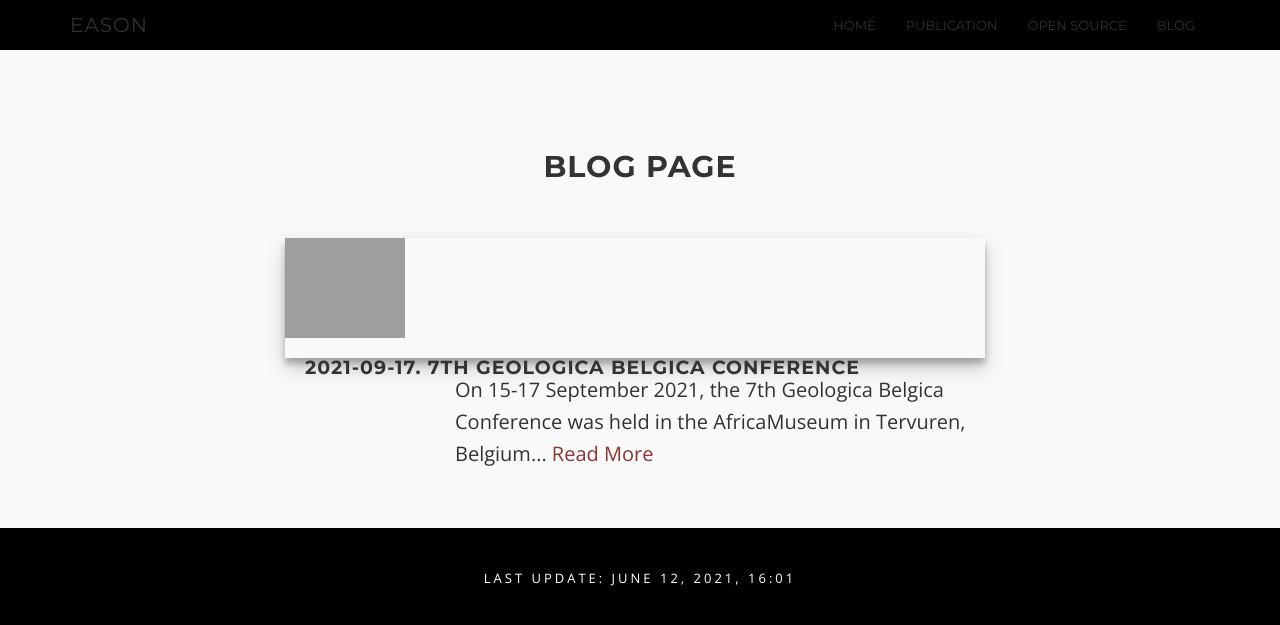
Repository: eazzzon/eazzzon.github.io
Page: blog.html
These files come from the project's save history. The page is drawn as it stood at one moment and after a run of saves; the edit follows.
The browser window is 1280 px wide. The pictures show the whole page.
Pictures or frames that could not be fetched are drawn as grey boxes.

Above is the page before, as saved 2021-09-18 13:16:32.

After the next 2 saves:
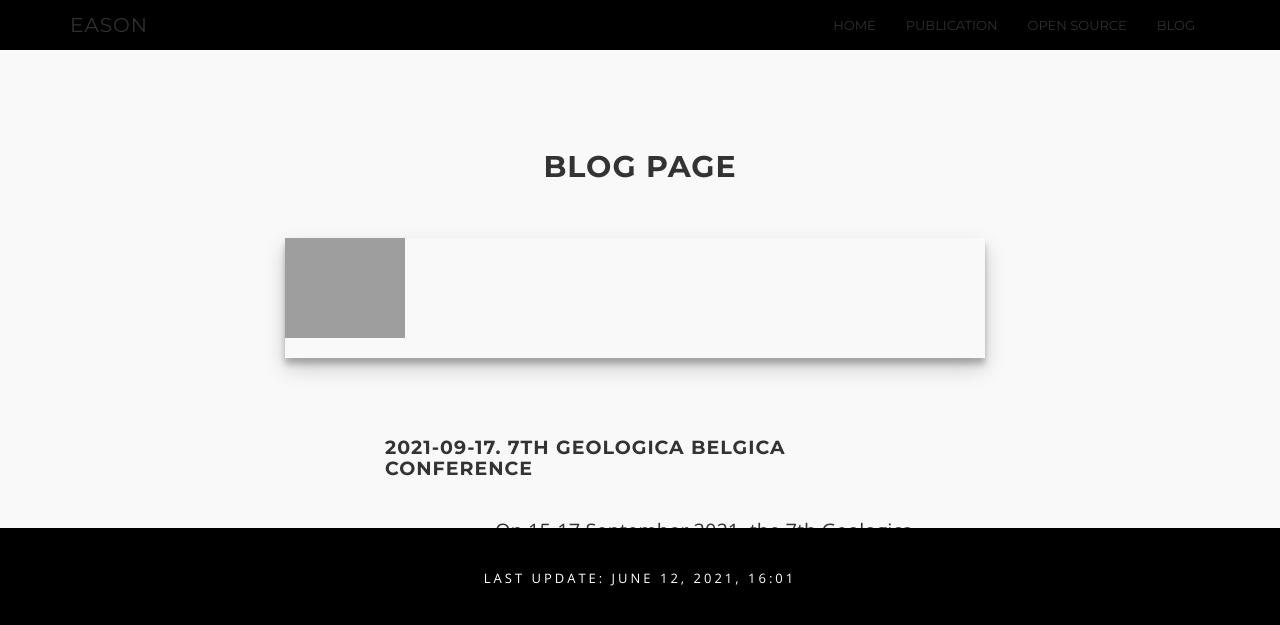
The 2 saves are shown as one change because they came seconds apart.
The last was saved 19 s later.
--- a/css/theme.css
+++ b/css/theme.css
@@ -436,8 +436,8 @@ section {
 
   .box-text {
 	font-size: 19px;
-	padding: 10px;
-	left: 70px;
+	padding: 50px;
+	left: 100px;
   }
 
   .p {
